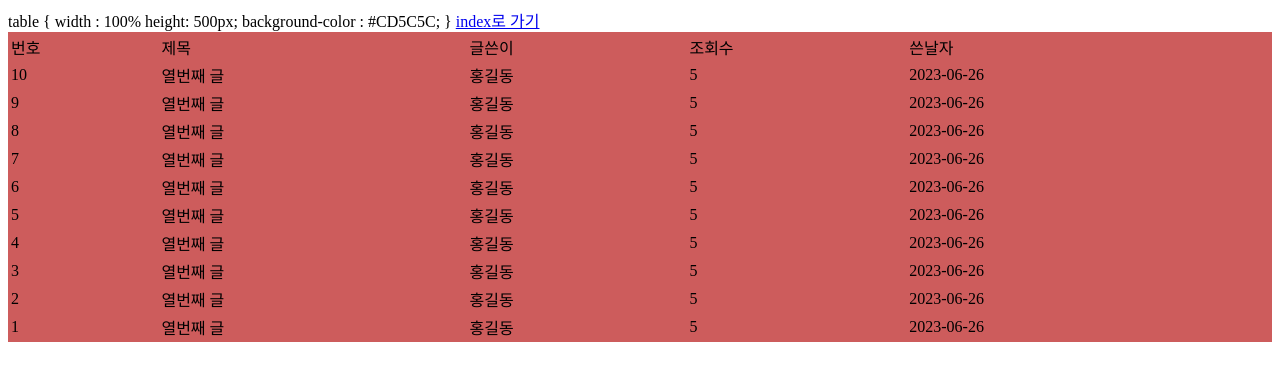
Repository: popll1/Pleiades
Page: http://localhost/jun261/main.jsp
The author's editor kept a copy of each file at every save. The page is drawn from the files as they stood at one save, then again after the next save.
The browser window is 1280 px wide. The pictures show the whole page.
The page is served by Tomcat 9.

Above is the page before, as saved 2023-06-26 06:18:28.

### jun261/src/main/webapp/main.jsp
<%@ page language="java" contentType="text/html; charset=EUC-KR"
    pageEncoding="UTF-8"%>
<!DOCTYPE html>
<html>
<head>
<meta charset="EUC-KR">
<title>main</title>
<style type="text/css"></style>
table {
width : 100%
height: 500px;
background-color : #CD5C5C;
}
</head>
<body>
	<a href = "./index.jsp">index로 가기 </a>
	<table style = "width: 100%; height : 300px; background-color: #CD5C5C;">
		<tr>
			<td style ="width = 10%">번호</td>
			<td style ="width = 50%">제목</td>
			<td style ="width = 10%">글쓴이</td>
			<td style ="width = 10%">조회수</td>
			<td style ="width = 20%">쓴날자</td>
		</tr>
		<%for(int i = 10; i > 0; i--){ %>
		<tr>
			<td ><%=i %></td>
			<td>열번째 글</td>
			<td>홍길동</td>
			<td>5</td>
			<td>2023-06-26</td>
		</tr>
		<%} %>
		</table>
</body>
</html>

After the next save:
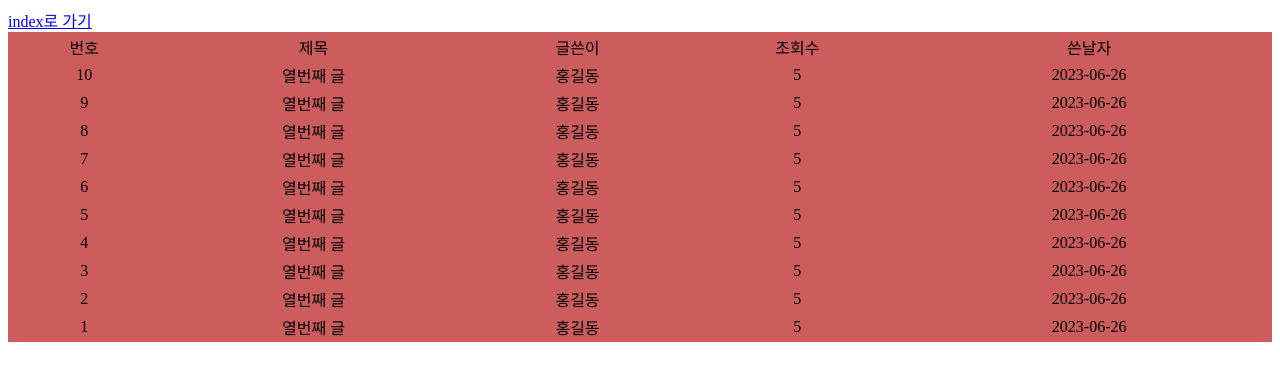
Saved 2 min 1 s later.
--- a/jun261/src/main/webapp/main.jsp
+++ b/jun261/src/main/webapp/main.jsp
@@ -5,12 +5,15 @@
 <head>
 <meta charset="EUC-KR">
 <title>main</title>
-<style type="text/css"></style>
-table {
-width : 100%
-height: 500px;
-background-color : #CD5C5C;
+<style type="text/css">
+ table {
+	width : 100%
+	height: 500px;
+	background-color : #CD5C5C;
 }
+ td {
+ 	text-align : center;
+ 	</style>
 </head>
 <body>
 	<a href = "./index.jsp">index로 가기 </a>
